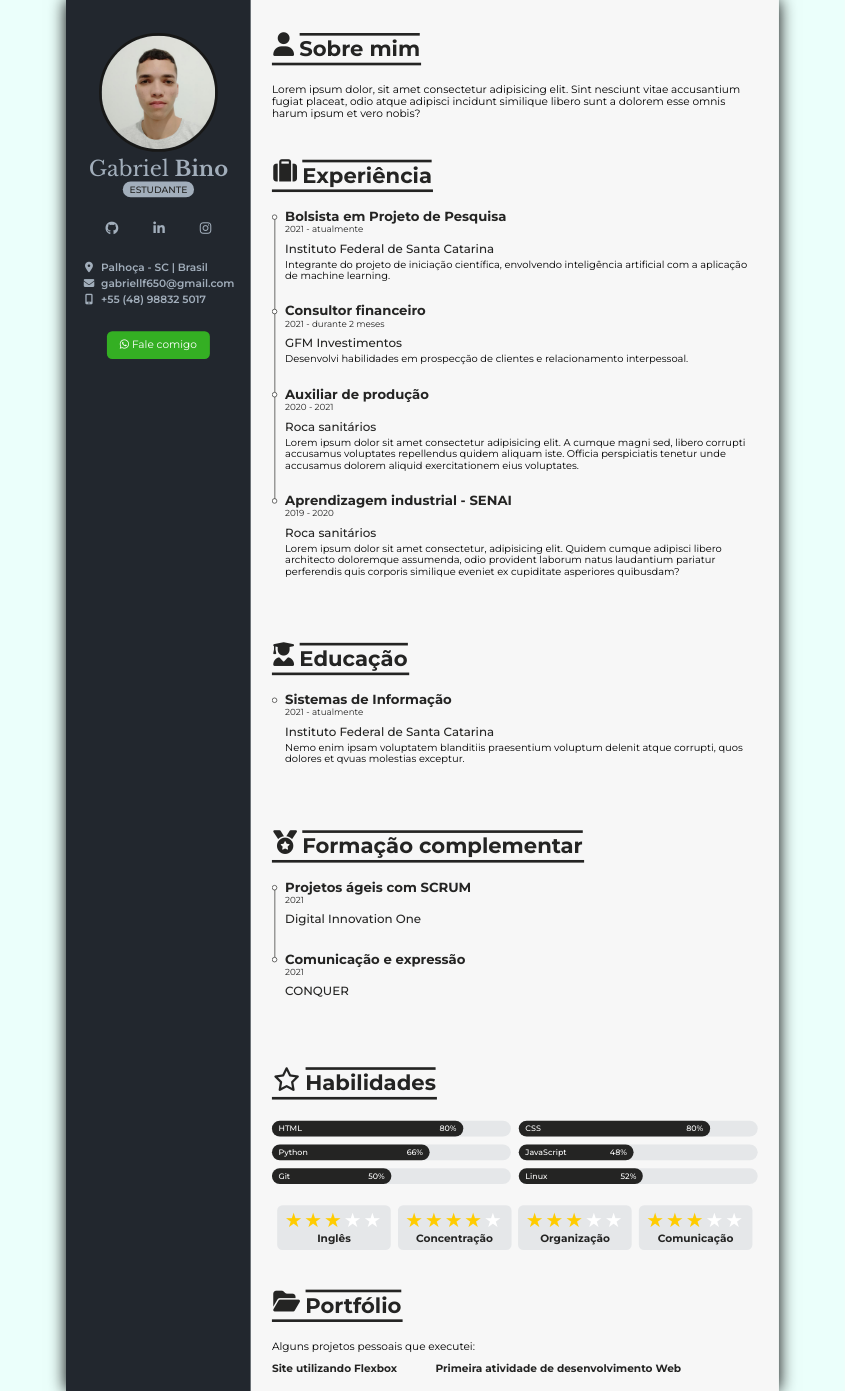
Repository: gabrielbino/curriculoResponsivo
Page: index.html
An editor plug-in stored every save of this project. The page is shown before and after the next save, followed by the edit.
The browser window is 1280 px wide. The pictures show the whole page, at 66% of full size.
Some web libraries are served in a nearby version.

Above is the page before, as saved 2021-10-20 23:16:12.

### index.html
<!DOCTYPE html>
<html lang="pt-br">
  <head>
    <meta charset="UTF-8" />
    <meta name="viewport" content="width=device-width, initial-scale=1" />
    <link
      rel="stylesheet"
      href="https://cdnjs.cloudflare.com/ajax/libs/normalize/8.0.1/normalize.min.css"
      integrity="sha512-NhSC1YmyruXifcj/KFRWoC561YpHpc5Jtzgvbuzx5VozKpWvQ+4nXhPdFgmx8xqexRcpAglTj9sIBWINXa8x5w=="
      crossorigin="anonymous"
      referrerpolicy="no-referrer"
    />
    <script
      src="https://kit.fontawesome.com/a6ac7cca8d.js"
      crossorigin="anonymous"
    ></script>
    <link rel="stylesheet" href="css/style.css" />
    <link rel="shortcut icon" href="img/favicon.ico" />
    <title>CV do Gabriel</title>
  </head>
  <body>
    <main>
      <aside>
        <div class="sidebar">
          <img
            class="profile-picture"
            src="./img/option_profile.jpeg"
            alt="Gabriel Bino"
          />
          <h1 class="title-name"><span>Gabriel</span> Bino</h1>
          <h3 class="subtitle-role">Estudante</h3>
          <div class="social-links">
            <a href="https://github.com/gabrielbino" target="_blank">
              <i class="fab fa-github"></i>
            </a>
            <a
              href="https://www.linkedin.com/in/gabriel-fernandes-bino-456499195/"
              target="_blank"
            >
              <i class="fab fa-linkedin-in"></i>
            </a>
            <!-- <a href="https://twitter.com/theleoad" target="_blank">
              <i class="fab fa-twitter"></i>
            </a> -->
            <a href="https://www.instagram.com/gabrielfbino/" target="_blank">
              <i class="fab fa-instagram"></i>
            </a>
          </div>
          <ul class="personal-data">
            <li>
              <i class="fas fa-map-marker-alt"></i>
              <span>Palhoça - SC | Brasil</span>
            </li>
            <li>
              <i class="fas fa-envelope"></i>
              <a href="mailto:galbriellf650@gmail.com"
                >gabriellf650@gmail.com</a
              >
            </li>
            <li>
              <i class="fas fa-mobile-alt"></i>
              <a href="tel:+5548988325017">+55 (48) 98832 5017</a>
            </li>
          </ul>
          <a
            class="download-button"
            href="https://wa.me/+5548988325017"
            target="_blank"
          >
            <i class="fab fa-whatsapp"></i>
            <span>Fale comigo</span>
          </a>
        </div>
      </aside>
      <section>
        <article>
          <div class="article-title-wrapper">
            <i class="fas fa-user"></i>
            <h2 class="article-title">Sobre mim</h2>
          </div>
          <p>
            Lorem ipsum dolor, sit amet consectetur adipisicing elit. Sint
            nesciunt vitae accusantium fugiat placeat, odio atque adipisci
            incidunt similique libero sunt a dolorem esse omnis harum ipsum et
            vero nobis?
          </p>
        </article>
        <article>
          <div class="article-title-wrapper">
            <i class="fas fa-suitcase"></i>
            <h2 class="article-title">Experiência</h2>
          </div>
          <ul class="timeline">
            <li>
              <h4 class="timeline-title">Bolsista em Projeto de Pesquisa</h4>
              <h5 class="timeline-time">2021 - atualmente</h5>
              <h6 class="timeline-place">
                Instituto Federal de Santa Catarina
              </h6>
              <p class="timeline-text">
                Integrante do projeto de iniciação científica, envolvendo
                inteligência artificial com a aplicação de machine learning.
              </p>
            </li>
            <li>
              <h4 class="timeline-title">Consultor financeiro</h4>
              <h5 class="timeline-time">2021 - durante 2 meses</h5>
              <h6 class="timeline-place">GFM Investimentos</h6>
              <p class="timeline-text">
                Desenvolvi habilidades em prospecção de clientes e
                relacionamento interpessoal.
              </p>
            </li>
            <li>
              <h4 class="timeline-title">Auxiliar de produção</h4>
              <h5 class="timeline-time">2020 - 2021</h5>
              <h6 class="timeline-place">Roca sanitários</h6>
              <p class="timeline-text">
                Lorem ipsum dolor sit amet consectetur adipisicing elit. A
                cumque magni sed, libero corrupti accusamus voluptates
                repellendus quidem aliquam iste. Officia perspiciatis tenetur
                unde accusamus dolorem aliquid exercitationem eius voluptates.
              </p>
            </li>
            <li>
              <h4 class="timeline-title">Aprendizagem industrial - SENAI</h4>
              <h5 class="timeline-time">2019 - 2020</h5>
              <h6 class="timeline-place">Roca sanitários</h6>
              <p class="timeline-text">
                Lorem ipsum dolor sit amet consectetur, adipisicing elit. Quidem
                cumque adipisci libero architecto doloremque assumenda, odio
                provident laborum natus laudantium pariatur perferendis quis
                corporis similique eveniet ex cupiditate asperiores quibusdam?
              </p>
            </li>
          </ul>
        </article>
        <article>
          <div class="article-title-wrapper">
            <i class="fas fa-user-graduate"></i>
            <h2 class="article-title">Educação</h2>
          </div>
          <ul class="timeline">
            <li>
              <h4 class="timeline-title">Sistemas de Informação</h4>
              <h5 class="timeline-time">2021 - atualmente</h5>
              <h6 class="timeline-place">
                Instituto Federal de Santa Catarina
              </h6>
              <p class="timeline-text">
                Nemo enim ipsam voluptatem blanditiis praesentium voluptum
                delenit atque corrupti, quos dolores et qvuas molestias
                exceptur.
              </p>
            </li>
          </ul>
        </article>
        <article>
          <div class="article-title-wrapper">
            <i class="fas fa-medal"></i>
            <h2 class="article-title">Formação complementar</h2>
          </div>
          <ul class="timeline">
            <li>
              <h4 class="timeline-title">Projetos ágeis com SCRUM</h4>
              <h5 class="timeline-time">2021</h5>
              <h6 class="timeline-place">Digital Innovation One</h6>
            </li>
            <li>
              <h4 class="timeline-title">Comunicação e expressão</h4>
              <h5 class="timeline-time">2021</h5>
              <h6 class="timeline-place">CONQUER</h6>
            </li>
          </ul>
        </article>
        <article>
          <div class="article-title-wrapper">
            <i class="far fa-star"></i>
            <h2 class="article-title">Habilidades</h2>
          </div>
          <div class="skills-container">
            <div class="progress">
              <div class="progress-bar" role="progressbar" style="width: 80%">
                <div class="progress-text">
                  <span>HTML</span>
                  <span>80%</span>
                </div>
              </div>
            </div>
            <div class="progress">
              <div class="progress-bar" role="progressbar" style="width: 80%">
                <div class="progress-text">
                  <span>CSS</span>
                  <span>80%</span>
                </div>
              </div>
            </div>
            <div class="progress">
              <div class="progress-bar" role="progressbar" style="width: 66%">
                <div class="progress-text">
                  <span>Python</span>
                  <span>66%</span>
                </div>
              </div>
            </div>
            <div class="progress">
              <div class="progress-bar" role="progressbar" style="width: 48%">
                <div class="progress-text">
                  <span>JavaScript</span>
                  <span>48%</span>
                </div>
              </div>
            </div>
            <div class="progress">
              <div class="progress-bar" role="progressbar" style="width: 50%">
                <div class="progress-text">
                  <span>Git</span>
                  <span>50%</span>
                </div>
              </div>
            </div>
            <div class="progress">
              <div class="progress-bar" role="progressbar" style="width: 52%">
                <div class="progress-text">
                  <span>Linux</span>
                  <span>52%</span>
                </div>
              </div>
            </div>
          </div>
          <div class="soft-skills">
            <div class="soft-skill">
              <div class="soft-skill-rating" style="--rating: 3"></div>
              <h4 class="soft-skill-label">Inglês</h4>
            </div>
            <div class="soft-skill">
              <div class="soft-skill-rating" style="--rating: 4"></div>
              <h4 class="soft-skill-label">Concentração</h4>
            </div>
            <div class="soft-skill">
              <div class="soft-skill-rating" style="--rating: 3"></div>
              <h4 class="soft-skill-label">Organização</h4>
            </div>
            <div class="soft-skill">
              <div class="soft-skill-rating" style="--rating: 3"></div>
              <h4 class="soft-skill-label">Comunicação</h4>
            </div>
          </div>
        </article>
        <article>
          <div class="article-title-wrapper">
            <i class="fas fa-folder-open"></i>
            <h2 class="article-title">Portfólio</h2>
          </div>
          <p>Alguns projetos pessoais que executei:</p>
          <div class="portfolio">
            <a href="https://staticflexbox.netlify.app/" class="portfolio-item">
              Site utilizando Flexbox
            </a>
            <a href="https://anatomiahtml.netlify.app/" class="portfolio-item">
              Primeira atividade de desenvolvimento Web
            </a>
            <a href="#" class="portfolio-item">
              <div></div>
            </a>
            <a href="#" class="portfolio-item">
              <div></div>
            </a>
          </div>
        </article>
      </section>
    </main>
  </body>
</html>

### css/style.css
@import url("https://fonts.googleapis.com/css2?family=Libre+Baskerville:wght@400;700&family=Montserrat:wght@400;500;600;700&display=swap");

* {
  box-sizing: border-box;
}

img {
  max-width: 100%;
}

body {
  background-color: #ebfffb;
  color: black;
  font-family: "Montserrat", sans-serif;
}

main {
  background-color: #ebfffb;
  box-shadow: 0 0 1.5rem;
  display: flex;
  margin: 0 auto;
  max-width: 1080px;
  min-height: 100vh;
  width: 100%;
}

aside {
  background-color: #22272e;
  padding: 50px 0 16px;
  width: 280px;
}

.sidebar {
  align-items: center;
  display: flex;
  flex-direction: column;
  position: sticky;
  top: 16px;
  width: 100%;
}

.profile-picture {
  border-radius: 50%;
  border: solid 4px #181817;
  width: 180px;
}

.title-name {
  color: #a2aebb;
  font-family: "Libre Baskerville", serif;
  font-weight: 700;
  margin: 8px 0 0;
}

.title-name span {
  font-weight: 500;
}

.subtitle-role {
  background: #a2aebb;
  border-radius: 12px;
  color: #242423;
  font-size: 14px;
  font-weight: 500;
  margin: 0;
  padding: 4px 10px;
  text-transform: uppercase;
}

.social-links {
  display: flex;
  font-size: 20px;
  justify-content: space-between;
  margin: 36px 0;
  width: 160px;
}

.social-links a {
  color: #a2aebb;
}

.social-links a:hover {
  color: #e8eddf;
}

.personal-data {
  list-style-type: none;
  margin: 0;
  padding: 0;
}

.personal-data li {
  color: #a2aebb;
  font-weight: 600;
  line-height: 1.5;
}

.personal-data li a {
  color: inherit;
  text-decoration: none;
}

.personal-data i {
  margin-right: 4px;
  text-align: center;
  width: 20px;
}

.download-button {
  background: #34af23;
  border-radius: 8px;
  color: white;
  display: block;
  margin: 36px 0;
  padding: 12px 20px;
  text-decoration: none;
}

section {
  background-color: #f7f7f7;
  padding: 50px 32px 0;
  width: calc(100% - 280px);
}

article:not(:last-of-type) {
  margin-bottom: 60px;
}

.article-title-wrapper {
  align-items: center;
  border-bottom: 4px solid;
  color: #242423;
  display: inline-flex;
  margin-bottom: 12px;
  padding: 0 2px;
}
.article-title-wrapper i {
  font-size: 36px;
  margin: -8px 8px 0 0;
}

.article-title {
  border-top: 4px solid;
  color: #242423;
  font-size: 32px;
  font-weight: 800;
  margin: 0 0 2px;
  padding-top: 2px;
}

.timeline {
  list-style: none;
  margin: 20px 0;
  padding: 0;
}

.timeline li {
  margin: 0;
  padding: 2px 0 40px 20px;
  position: relative;
}

.timeline li::after {
  background-color: #fff;
  border-radius: 50%;
  border: 1px solid #242423;
  box-sizing: border-box;
  content: "";
  display: inline-block;
  height: 8px;
  left: 0;
  position: absolute;
  top: 2px;
  width: 8px;
}

.timeline li:not(:last-of-type)::before {
  background-color: #242423;
  content: "";
  height: 100%;
  left: 3.5px;
  position: absolute;
  top: calc(0.5em - 4px);
  width: 1px;
}

.timeline-title {
  color: #242423;
  font-size: 20px;
  margin: -8px 0 0;
}

.timeline-time {
  color: #242423;
  font-weight: 400;
  margin: 0;
}

.timeline-place {
  color: #242423;
  font-size: 18px;
  font-weight: 500;
  margin: 12px 0 4px;
}

.timeline-text {
  font-size: 15px;
  margin: 0;
}

.skills-container {
  display: flex;
  flex-wrap: wrap;
  justify-content: space-between;
  margin: 20px 0;
}

.progress {
  background-color: rgba(68, 86, 108, 0.1);
  border-radius: 20px;
  display: flex;
  font-size: 0.75rem;
  height: 1.5rem;
  margin-bottom: 12px;
  width: calc(50% - 6px);
}

.progress-bar {
  align-items: center;
  background-color: #242423;
  border-radius: 20px;
  color: #fff;
  font-weight: 500;
  display: flex;
  padding: 0 10px;
}

.progress-text {
  display: flex;
  justify-content: space-between;
  width: 100%;
}

.soft-skills {
  display: flex;
  justify-content: space-between;
  padding: 0 8px;
}

.soft-skill {
  background-color: rgba(68, 86, 108, 0.1);
  border-radius: 8px;
  padding: 8px;
  text-align: center;
  width: calc(25% - 8px);
}

.soft-skill-rating {
  --percent: calc(var(--rating) / 5 * 100%);
  display: inline-block;
  font-family: Times;
  font-size: 30px;
  line-height: 1;
}

.soft-skill-rating::before {
  background-clip: text;
  background: linear-gradient(90deg, #fc0 var(--percent), #fff var(--percent));
  content: "★★★★★";
  letter-spacing: 3px;
  -webkit-background-clip: text;
  -webkit-text-fill-color: transparent;
}

.soft-skill-label {
  color: #242423;
  margin: 4px 0 0;
}

.portfolio {
  display: flex;
  flex-wrap: wrap;
  justify-content: space-between;
}

.portfolio-item {
  margin-bottom: 24px;
  color: #242423;
  font-weight: 800;
  text-decoration: none;
}

@media (max-width: 1024px) {
  .soft-skills {
    flex-wrap: wrap;
  }

  .soft-skill {
    margin: 4px;
    width: calc(50% - 8px);
  }
}

@media (max-width: 768px) {
  main {
    display: block;
  }

  aside,
  section {
    width: 100%;
  }

  section {
    padding: 32px 16px 0;
  }

  .article-title-wrapper {
    display: flex;
    padding: 0;
  }

  .progress,
  .soft-skill,
  .portfolio-item,
  .article-title {
    width: 100%;
  }

  .portfolio-item {
    text-align: center;
  }
}

After the next save:
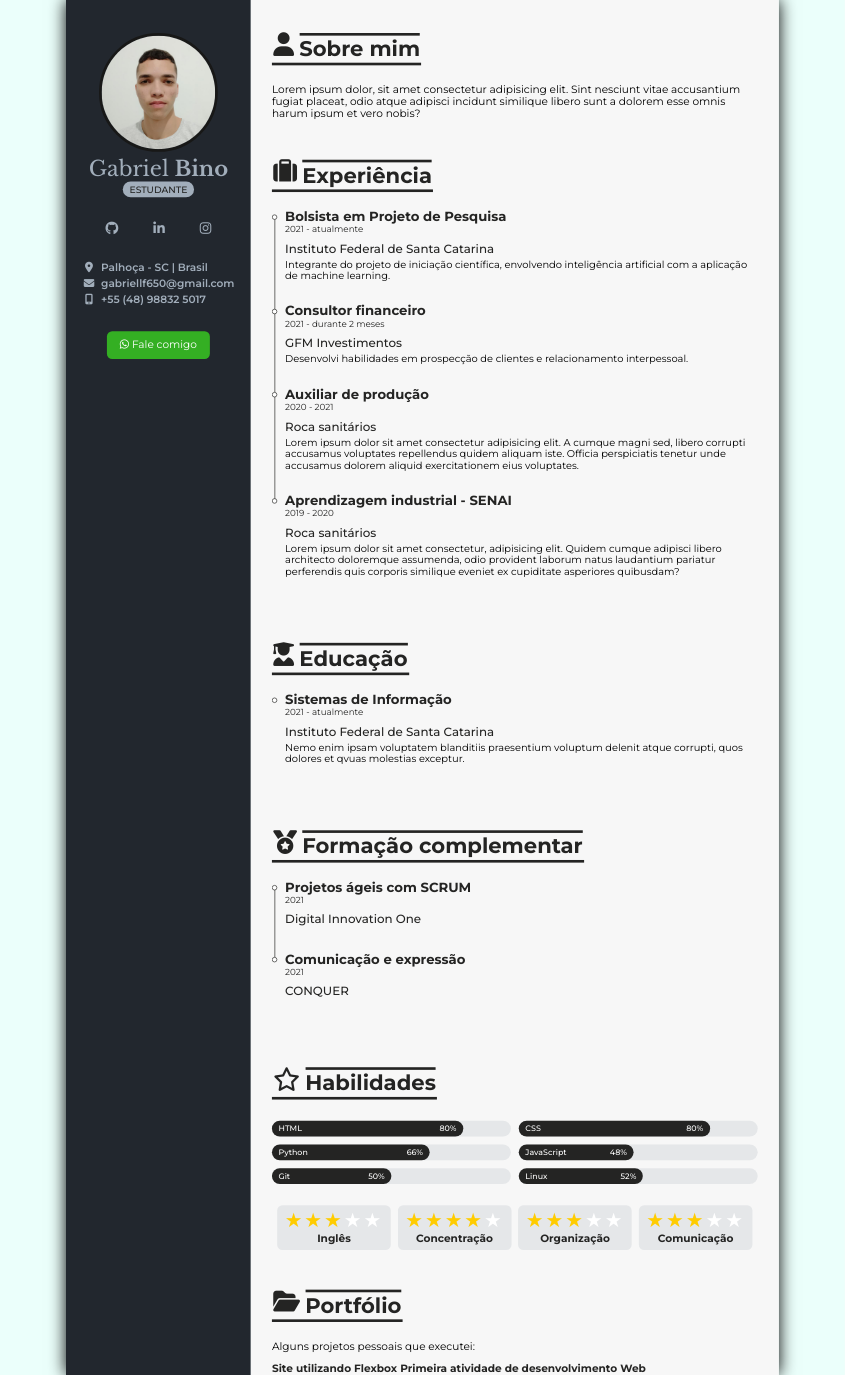
Saved 13 s later.
--- a/css/style.css
+++ b/css/style.css
@@ -277,11 +277,11 @@
   margin: 4px 0 0;
 }
 
-.portfolio {
+/* .portfolio {
   display: flex;
   flex-wrap: wrap;
   justify-content: space-between;
-}
+} */
 
 .portfolio-item {
   margin-bottom: 24px;

After the save that followed:
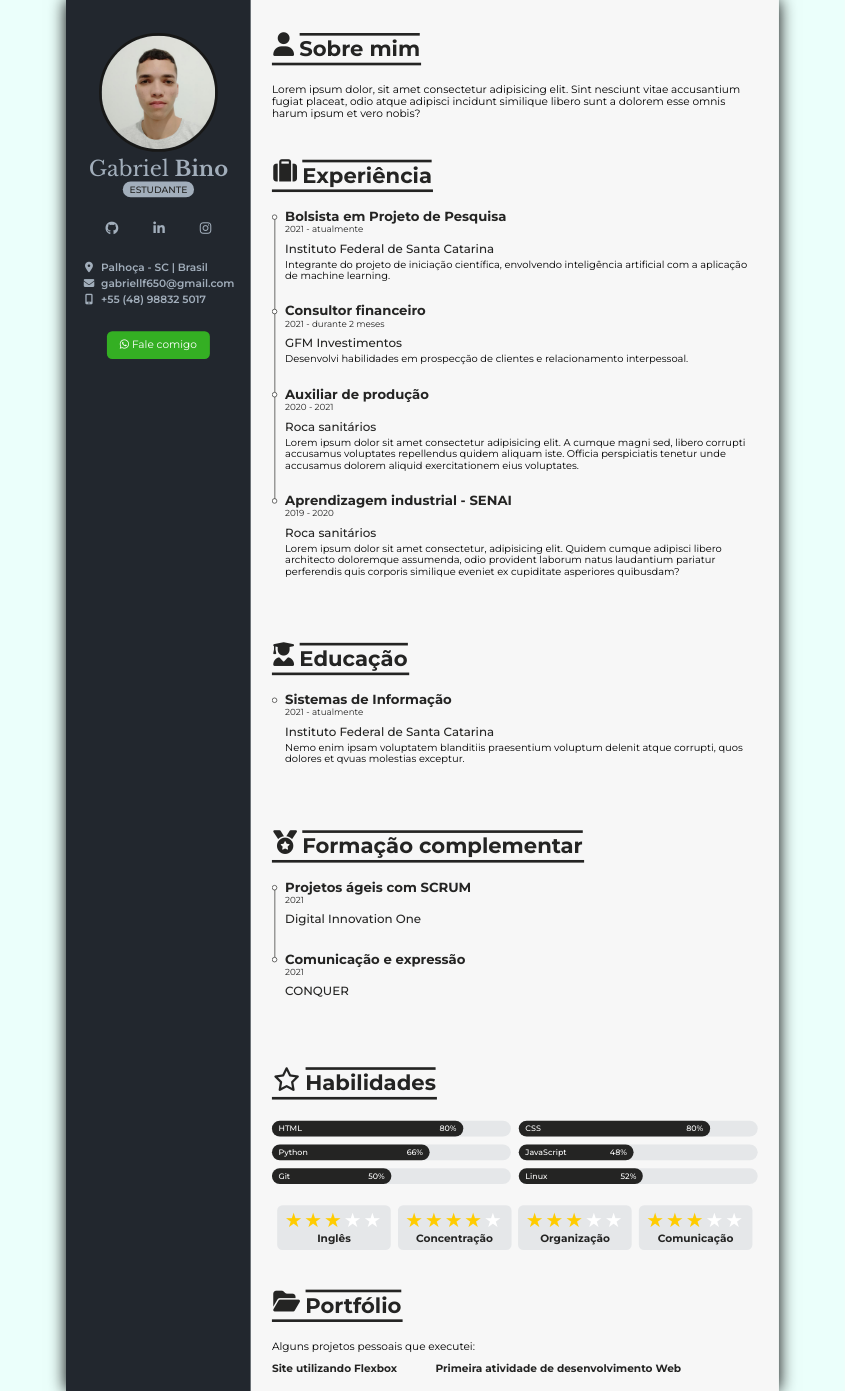
Saved 9 s later.
--- a/css/style.css
+++ b/css/style.css
@@ -277,11 +277,11 @@
   margin: 4px 0 0;
 }
 
-/* .portfolio {
+.portfolio {
   display: flex;
   flex-wrap: wrap;
   justify-content: space-between;
-} */
+}
 
 .portfolio-item {
   margin-bottom: 24px;
